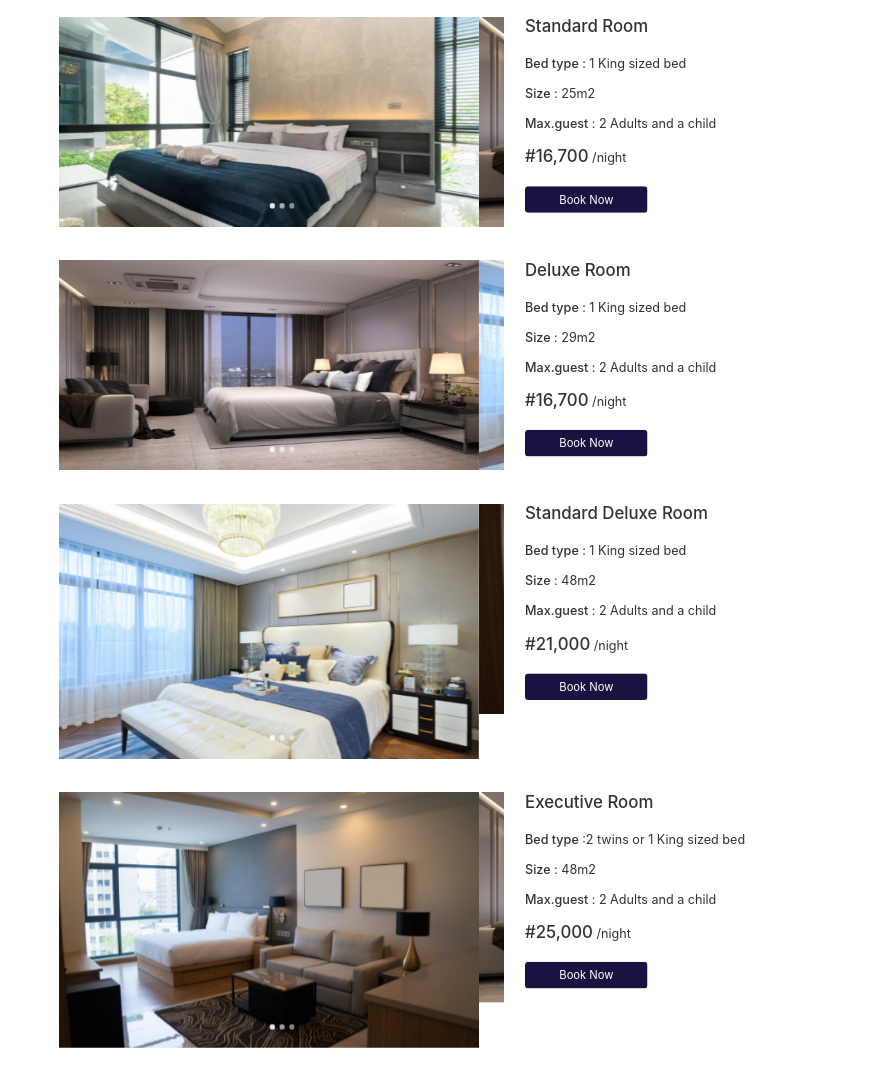
Repository: Syfon01/hotel-website
Page: room.html
The author's editor kept a copy of each file at every save. The page is drawn from the files as they stood at one save, then again after a run of saves.
The browser window is 1280 px wide. The pictures show the whole page, at 70% of full size.

Above is the page before, as saved 2020-06-08 16:21:27.

After the next 3 saves:
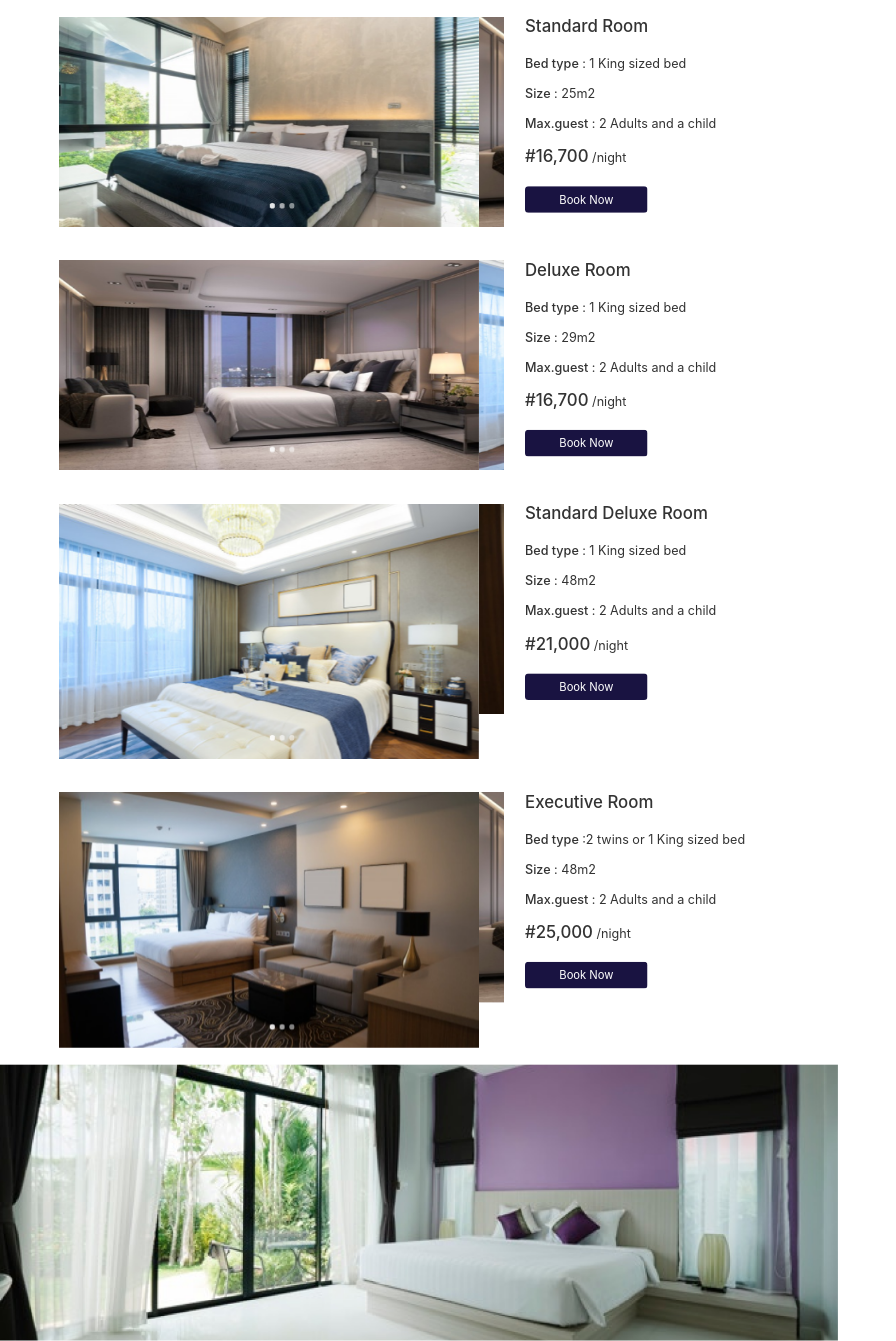
The 3 saves are shown as one change because they came seconds apart.
The last was saved 21 s later.
--- a/room.html
+++ b/room.html
@@ -146,7 +146,7 @@
 
     <!-- explore section  -->
     <div class="banner">
-      <img src="" alt="" srcset="" class="img-fluid">
+      <img src="./img/explore.png" alt="" srcset="" class="img-fluid">
     </div>
 
     <!-- Optional JavaScript -->
